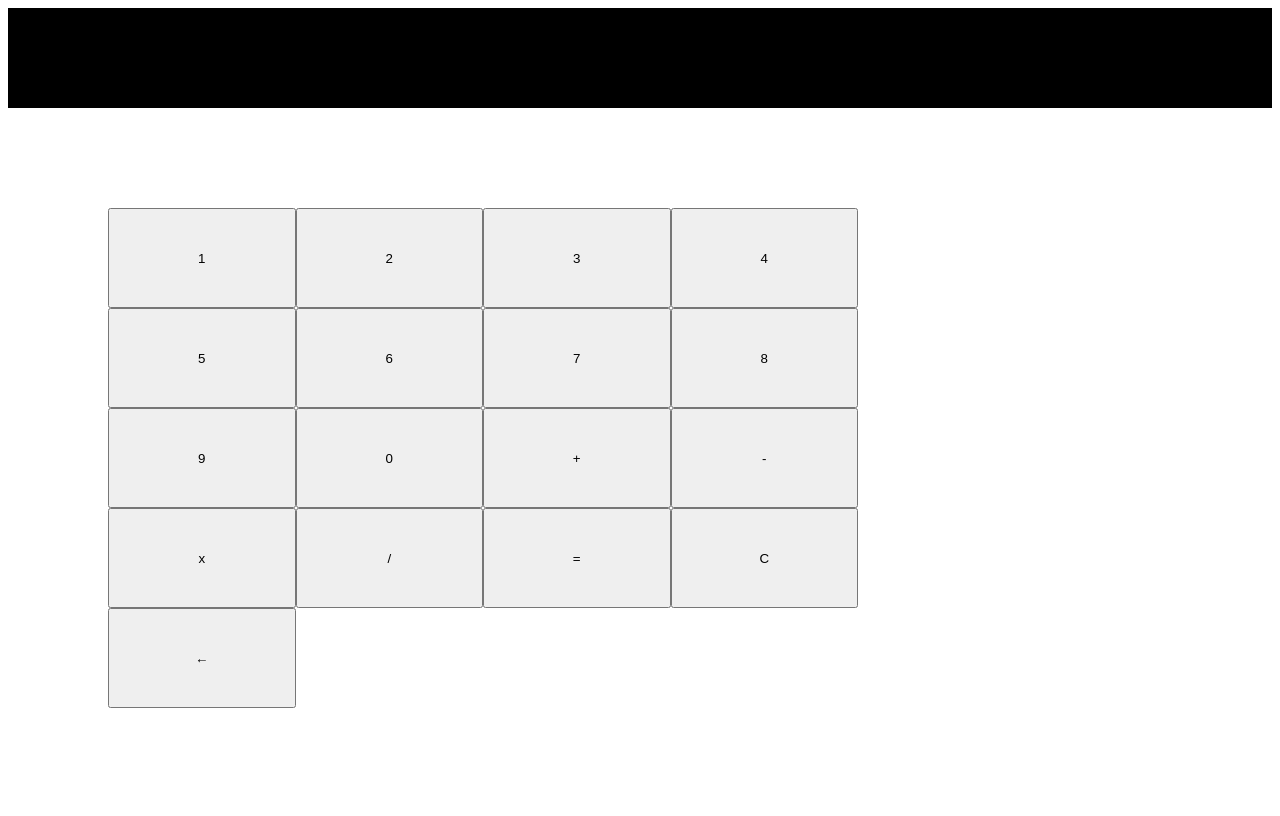
Repository: TEazy2433/LAB-calculator
Page: index.html
The author's editor kept a copy of each file at every save. The page is drawn from the files as they stood at one save, then again after the next save.
The browser window is 1280 px wide. The pictures show the whole page.

Above is the page before, as saved 2023-10-13 17:53:34.

### index.html
<!DOCTYPE html>
<html lang="en">
<head>
  <meta charset="UTF-8">
  <meta name="viewport" content="width=device-width, initial-scale=1.0">
  <title>calculator</title>
  <link rel="stylesheet" href="main.css">
</head>
<body>

  <div class="calculator">
    <div class="display">1</div>
    <div class="buttons">
      <button class="key">1</button>
      <button class="key">2</button>
      <button class="key">3</button>
      <button class="key">4</button>
      <button class="key">5</button>
      <button class="key">6</button>
      <button class="key">7</button>
      <button class="key">8</button>
      <button class="key">9</button>
      <button class="zero">0</button>
      <button class="operator">+</button>
      <button class="operator">-</button>
      <button class="operator">x</button>
      <button class="operator">/</button>
      <button class="operator">=</button>
      <button class="clear">C</button>
      <button class="Arrow">&#8592;</button>



    </div>
  </div>


</body>
</html>

### main.css
.display{
  width: 100%;
  height: 100px;
  background: black;
  flex-wrap: flex;
  border: none;
}
.buttons{
  display: grid;
  grid-template-columns: repeat(4, 1fr);
  padding: 100px;
  height: 500px;
  width: 750px;
}
operator{
  background-color: yellow;

}

After the next save:
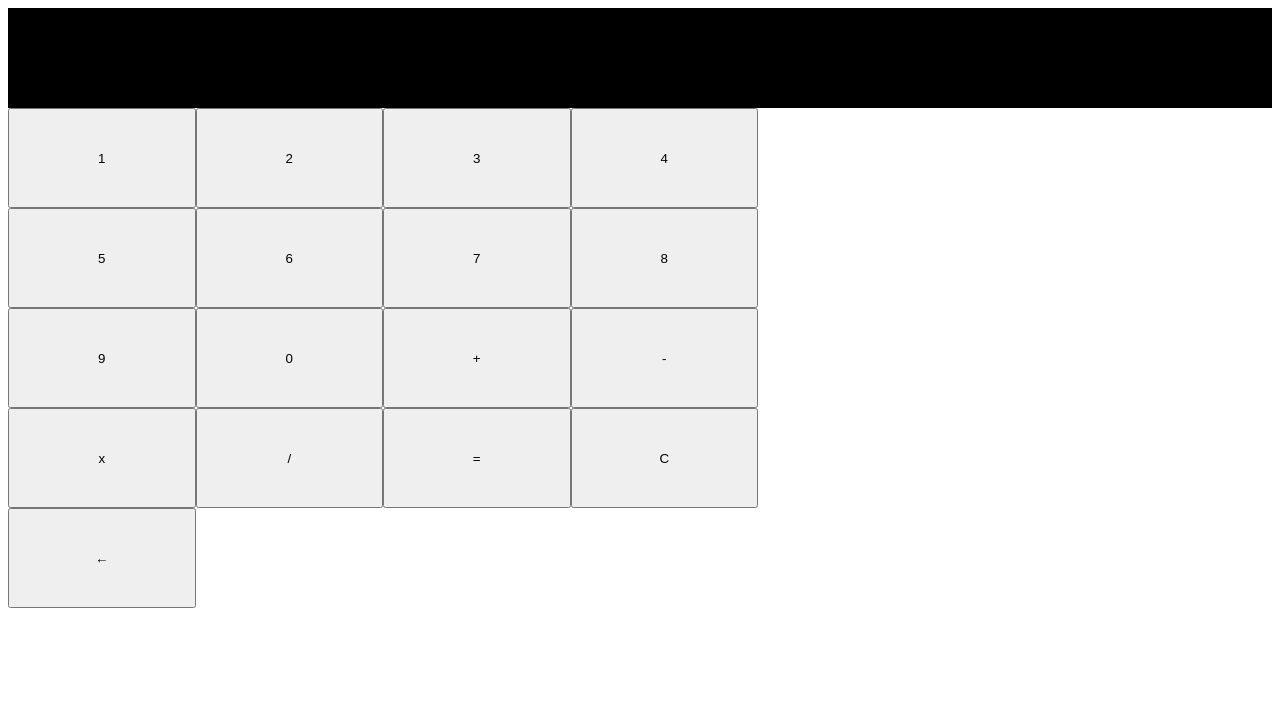
Saved 15 s later.
--- a/main.css
+++ b/main.css
@@ -8,7 +8,6 @@
 .buttons{
   display: grid;
   grid-template-columns: repeat(4, 1fr);
-  padding: 100px;
   height: 500px;
   width: 750px;
 }
